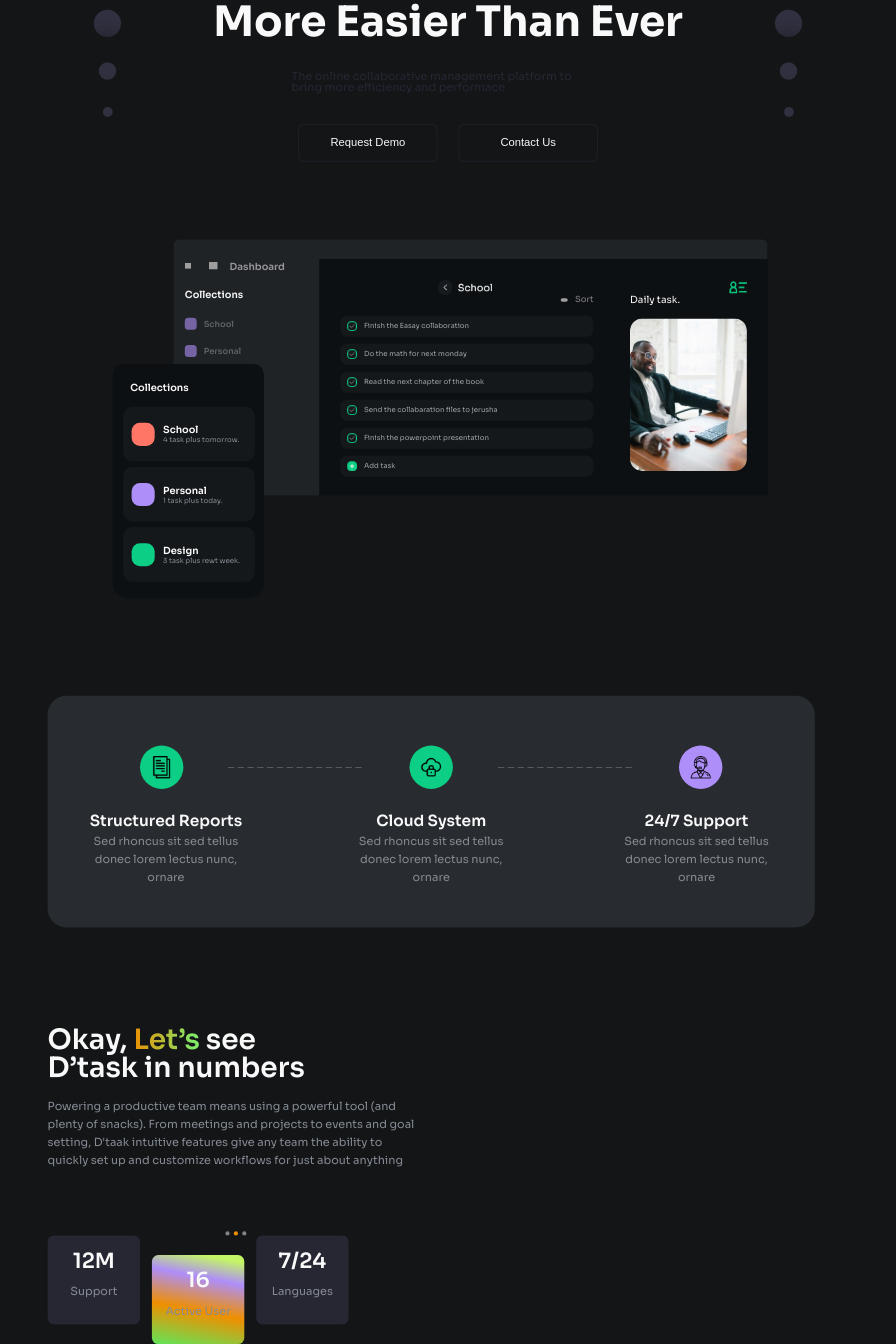
Repository: anhthiethumg/Task_Managerment_Website
Page: index.html
These files come from the project's save history. The page is drawn as it stood at one moment and after a run of saves; the edit follows.
The browser window is 1280 px wide. The pictures show the part of the page from y = 320 to 2240 px (the page is 2240 px tall), at 70% of full size.
Pictures or frames that could not be fetched are drawn as grey boxes. A picture or video elsewhere on the page could not be fetched, so the positions and the page height are approximate.

Above is the page before, as saved 2023-07-29 00:47:31.

After the next 6 saves:
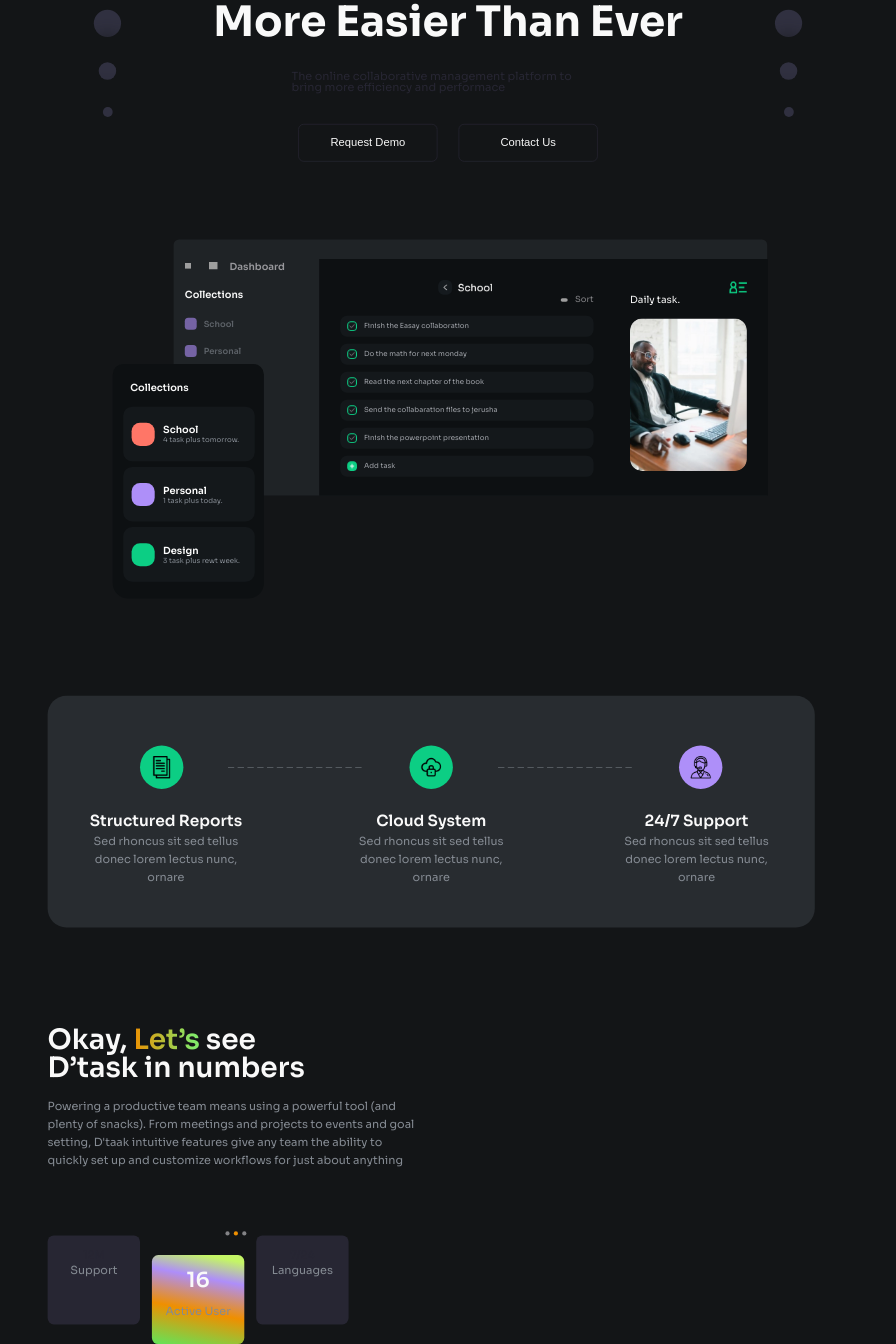
The 6 saves are shown as one change because they came seconds apart.
The last was saved 18 s later.
--- a/assets/css/styles.css
+++ b/assets/css/styles.css
@@ -528,6 +528,7 @@
   );
 }
 
+.static__item:nth-child(2)
 .static--item__number {
   color: var(--text-color-white, #f9f9f9);
   font-size: 3rem;

After the 3 saves that followed:
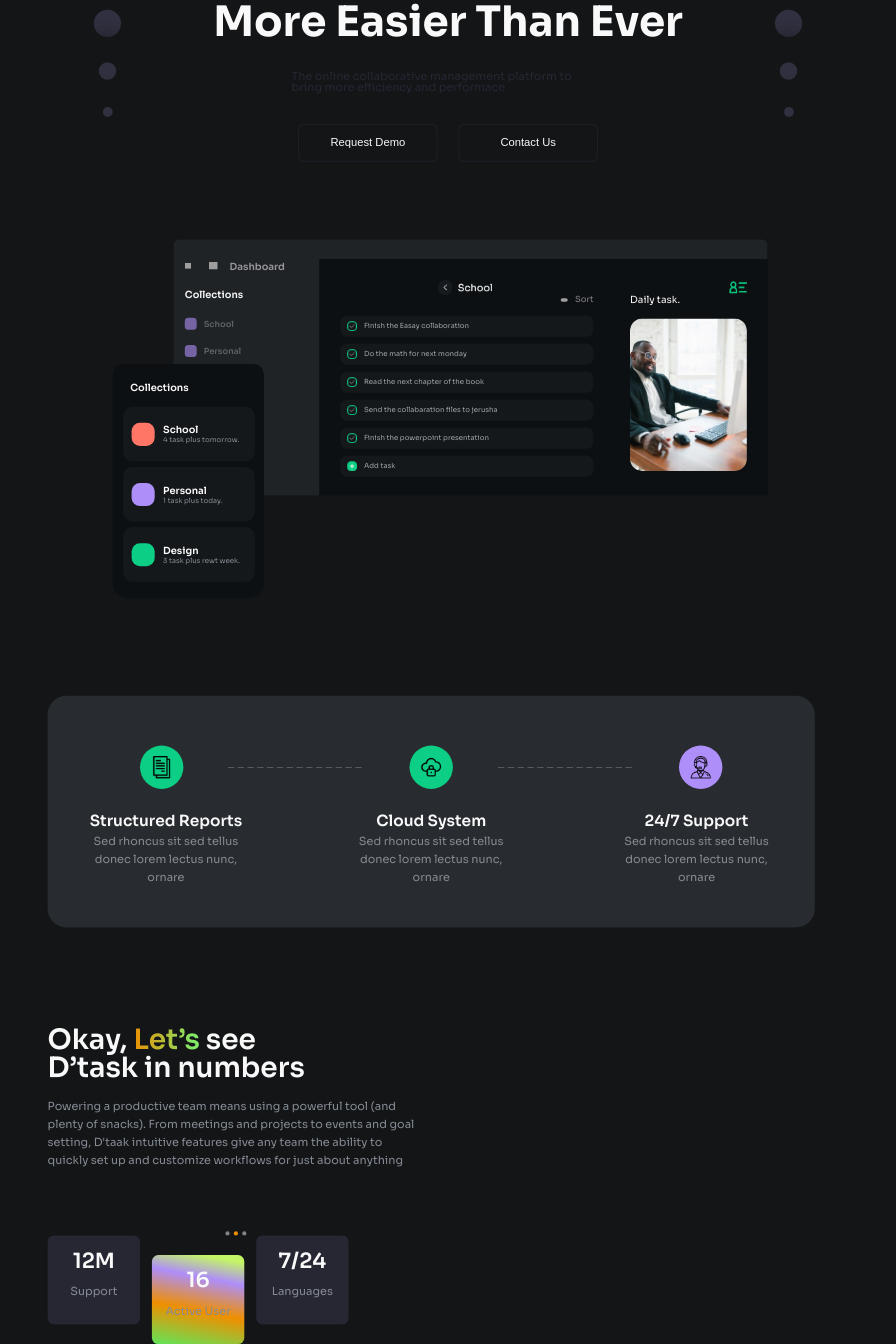
The 3 saves are shown as one change because they came seconds apart.
The last was saved 9 s later.
--- a/assets/css/styles.css
+++ b/assets/css/styles.css
@@ -528,7 +528,9 @@
   );
 }
 
-.static__item:nth-child(2)
+.static__item:nth-child(2) .static--item__title {
+
+}
 .static--item__number {
   color: var(--text-color-white, #f9f9f9);
   font-size: 3rem;
